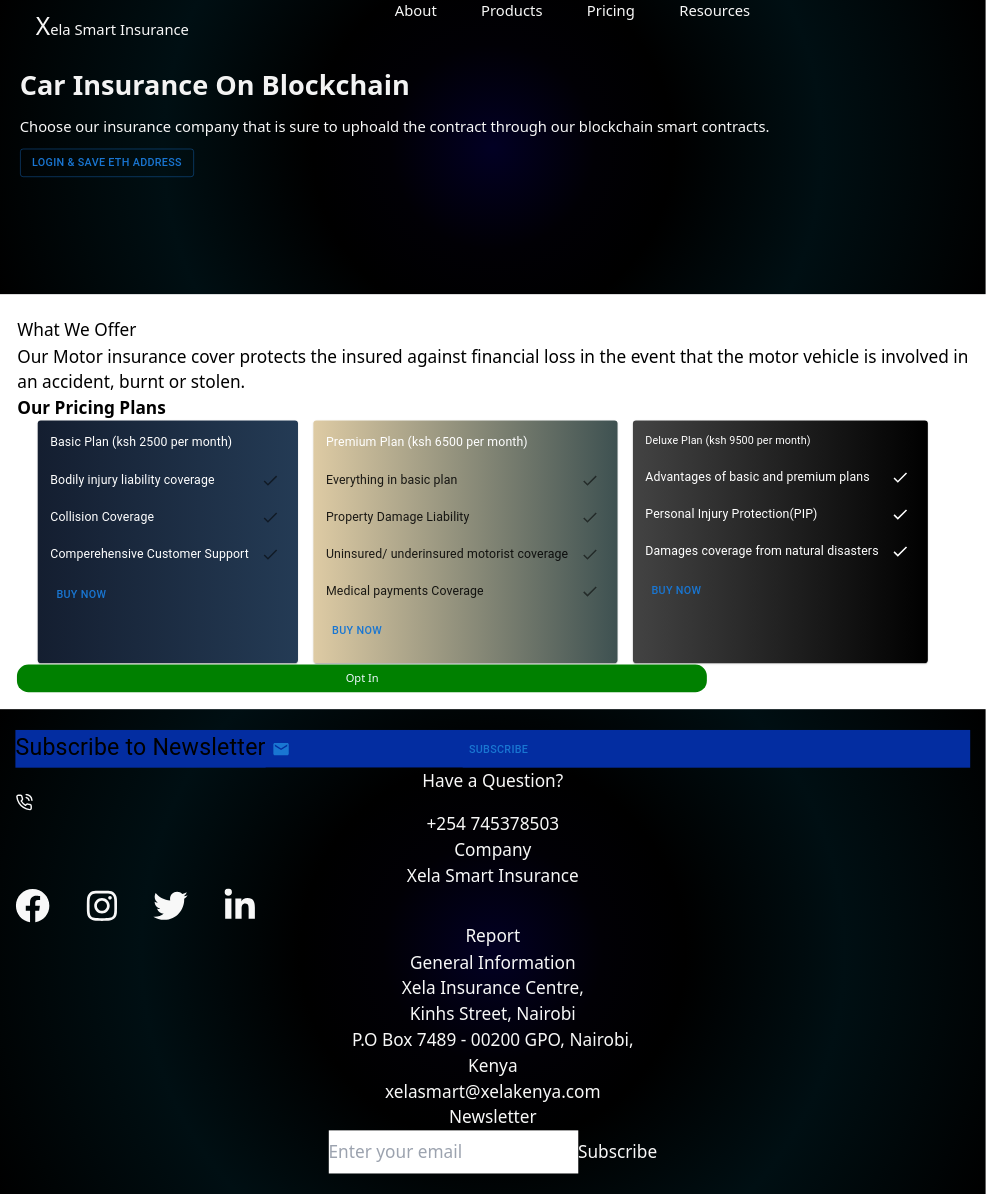
Repository: ALVIN-OBONYO/Xela-smart_insuarance
Page: / (app in frontend/)
These files come from the project's save history. The page is drawn as it stood at one moment and after the next save; the edit follows.
The browser window is 1280 px wide. The pictures show the whole page, at 77% of full size.
The project was rebuilt for these pictures with package versions that can differ from the ones it lists, and the page was loaded fresh each time. Also part of the build but not shown: frontend/src/Pages/Policies.jsx, frontend/src/Components/Calendar.css, frontend/src/Components/Calendar.jsx, frontend/src/Components/Input.js, frontend/src/Components/Upload.css, frontend/src/Components/Upload.js, frontend/src/Pages/ReportForm.jsx, frontend/src/Pages/Report.jsx and 2 more.

Above is the page before, as saved 2022-10-04 08:12:31.

### frontend/public/index.html
<!DOCTYPE html>
<html lang="en">
  <head>
    <meta charset="utf-8" />
    <link rel="icon" href="%PUBLIC_URL%/favicon.ico" />
    <meta name="viewport" content="width=device-width, initial-scale=1" />
    <meta name="theme-color" content="#000000" />
    <meta
      name="description"
      content="Web site created using create-react-app"
    />
    <link rel="apple-touch-icon" href="%PUBLIC_URL%/logo192.png" />
    <!--
      manifest.json provides metadata used when your web app is installed on a
      user's mobile device or desktop. See https://developers.google.com/web/fundamentals/web-app-manifest/
    -->
    <link rel="manifest" href="%PUBLIC_URL%/manifest.json" />
    <!--
      Notice the use of %PUBLIC_URL% in the tags above.
      It will be replaced with the URL of the `public` folder during the build.
      Only files inside the `public` folder can be referenced from the HTML.

      Unlike "/favicon.ico" or "favicon.ico", "%PUBLIC_URL%/favicon.ico" will
      work correctly both with client-side routing and a non-root public URL.
      Learn how to configure a non-root public URL by running `npm run build`.
    -->
    <title>React App</title>
  </head>
  <body>
    <noscript>You need to enable JavaScript to run this app.</noscript>
    <link
    href="https://unpkg.com/tailwindcss@^1.0/dist/tailwind.min.css"
    rel="stylesheet"
  />
  <script
    src="https://cdnjs.cloudflare.com/ajax/libs/web3/1.6.1/web3.min.js"
    integrity="sha512-5erpERW8MxcHDF7Xea9eBQPiRtxbse70pFcaHJuOhdEBQeAxGQjUwgJbuBDWve+xP/u5IoJbKjyJk50qCnMD7A=="
    crossorigin="anonymous"
    referrerpolicy="no-referrer"
  ></script>
    <div id="root"></div>
    <!--
      This HTML file is a template.
      If you open it directly in the browser, you will see an empty page.

      You can add webfonts, meta tags, or analytics to this file.
      The build step will place the bundled scripts into the <body> tag.

      To begin the development, run `npm start` or `yarn start`.
      To create a production bundle, use `npm run build` or `yarn build`.
    -->
  </body>
</html>

### frontend/src/index.js
import React from 'react';
import ReactDOM from 'react-dom/client';
import './index.css';
import App from './App';
import reportWebVitals from './reportWebVitals';
import { BrowserRouter } from 'react-router-dom';
const root = ReactDOM.createRoot(document.getElementById('root'));
root.render(
  <React.StrictMode>
     <BrowserRouter>
       <App />
    </BrowserRouter>
  </React.StrictMode>
);

// If you want to start measuring performance in your app, pass a function
// to log results (for example: reportWebVitals(console.log))
// or send to an analytics endpoint. Learn more: https://bit.ly/CRA-vitals
reportWebVitals();

### frontend/src/App.jsx
import './App.css';
import RoutePages from './Components/RoutePages';

function App() {
  return (
    <div className="App">
      <RoutePages/>
    </div>
  );
}

export default App;

### frontend/src/Components/RoutePages.jsx
import React from 'react'
import { Routes, Route} from 'react-router-dom'
import EntryPage from '../Pages/Entrypage'
import PolicyMaker from '../Pages/Policies'
import ReportForm from '../Pages/ReportForm'
import Report from '../Pages/Report'
import ReportInfo from '../Pages/ReportInfo'
import FormPagination from './FormPagination'
const RoutePages = () => {
    return (


   <Routes>

    <Route exact path="/" element={<EntryPage />} />
    <Route path="policy" element={<PolicyMaker />} />

    <Route path="report/2" element={<ReportForm/> } />
    <Route path="report/1" element={<ReportInfo />} />
    <Route path="report/*" element={<FormPagination />} />

   </Routes>


    )
}

export default RoutePages

### frontend/src/Pages/Entrypage.jsx
import React, {useState, useRef} from 'react'
import "../Components/Navbar.css"
import { FaTimes, FaBars, FaInstagram, FaTwitter, FaLinkedinIn, FaFacebook, } from 'react-icons/fa'
import {FiPhoneCall} from 'react-icons/fi'
import { Link} from 'react-router-dom'
import { loginWithEth } from '../Services/LoginWithEth'
import { truncateAddress } from '../Services/TruncateAddress'
import Web3 from 'web3'
import { getContractSymbol } from '../Services/Contract'
import TextField from '@mui/material/TextField'
import Button from "@mui/material/Button"
import FormGroup from "@mui/material/FormGroup"
import PlanCard from "../Components/Cards"
import EmailIcon from "@mui/icons-material/Email"
import { IconButton, InputAdornment } from '@mui/material'
import Typography from '@mui/material/Typography'
const Entrypage = () => {
        const [navButton, setNavButton] = useState(false)
        const [policy, setPolicy] = useState("")
        const switchNavState = () => setNavButton(!navButton)
        const buttonLogout = useRef(null)
        const yourAddress = useRef()
        window.userAddress = null



        window.onload = async () => {
            if (window.ethereum) {
                window.web3 = new Web3(window.ethereum)
            } else {
                alert("No ETH browser extension detected.")
            }
        }

        function showAddress() {
          if (!window.userAddress) {
            yourAddress.current.innerText = ""
            buttonLogout.current.classList.add("hidden")
             return false
        }

        yourAddress.innerText = `ETH Address: ${truncateAddress(window.userAddress)}`
        buttonLogout.classList.remove("hidden")
    }

         function logout() {
            window.userAddress = null
            window.localStorage.removeItem(buttonLogout)
            showAddress()
}

    return (
        <>
        <header>
        <nav id="my-nav">
        <h1 className='brand'><span className='X'>X</span>ela Smart Insurance</h1>
        <div className='toogleNav' onClick={switchNavState} >{navButton ?
        <div id="bars">

            <FaBars size="2.5em"/>
            </div> :
            <div className = "navflex">
            <div id="times">
                <FaTimes />
                </div>
            <h4>About</h4>
            <h4>Products</h4>
            <h4>Pricing</h4>
            <h4>Resources</h4>
            </div>

}
        </div>
        <div className='nav-section'>
            <h4>About</h4>
            <h4>Products</h4>
            <h4>Pricing</h4>
            <h4>Resources</h4>
        </div>
        </nav>
        <section className="top-descr" id='top'>
            <h1 id="top-h3">Car Insurance On Blockchain</h1>
            <p id="top-pg">Choose our insurance company that is sure to uphoald the contract through our blockchain smart contracts.</p>
            <div id="policy-sec">
                {/* <FormGroup row >
               <TextField
                variant="outlined"
                placeholder='Enter your policy number'
                sx={{
                    borderRadius: 0,
                    padding: 0
                }}
                />
                <Button variant="contained" sx={{
                    borderRadius: 0,
                    padding: "6px"
                }}>Verify</Button>
                    </FormGroup> */}

            <Button variant="outlined" onClick={loginWithEth}>Login & Save ETH Address
                </Button>
                <p id="userAddress" className="text-gray-600" ref={yourAddress}></p>
                <button id="logoutButton" onClick={logout} className="hidden text-blue-500 underline" ref={buttonLogout}>Logout</button>
                           </div>
        </section>
        </header>
        <div className='about-descr' id="descr">
            <h2>What We Offer</h2>
            <p>
            Our Motor insurance cover protects the insured against financial loss in the event that the motor vehicle is involved in an accident, burnt or stolen.</p>

            <p>


<b>Our Pricing Plans</b>
</p>
<PlanCard />
            <Link to="/policy"><button id="buy-policy" onClick={getContractSymbol}>Opt In</button></Link>
        </div>
        <div id="land-footer">
            <div className="news-mail">
                <Typography sx={{fontSize: 30}}>Subscribe to Newsletter</Typography>

                     <TextField
                       variant="standard"
                       id='input-with-icon-textfield'
                       InputProps={{
                        startAdornment: (
                            <InputAdornment position="start">
                                <IconButton edge="end" color='primary'>
                                    <EmailIcon />
                                </IconButton>

                            </InputAdornment>
                        )
                       }}

                       />
                        <Button>Subscribe</Button>

            </div>
            <div>
            <h2>Have a Question?</h2>
             <h3><FiPhoneCall /> <span>+254 745378503</span></h3>
             <h2>Company</h2>
             <h3>Xela Smart Insurance</h3>
             <div id="social-icons">
               <FaFacebook size="2em"/>
               <FaInstagram size="2em"/>
               <FaTwitter size="2em"/>
               <FaLinkedinIn size="2em"/>
             </div>
             <div>
                <Link to="/report/1">Report</Link>
                <h2>General Information</h2>
                <h4>Xela Insurance Centre,</h4>
                <h4>Kinhs Street, Nairobi</h4>
                <h4>P.O Box 7489 - 00200 GPO, Nairobi,</h4>
                <h4>Kenya</h4>
                <h4>xelasmart@xelakenya.com</h4>
                <h2>Newsletter</h2>
                <input type="text" placeholder="Enter your email" />
                <button>Subscribe</button>
             </div>
            </div>
        </div>
        </>
    )
}

export default Entrypage

### frontend/src/Components/Navbar.css
nav {
    width: 100vw;
    display: flex;
    justify-content: flex-start;
    align-items: flex-start;
}

.brand {
    flex-grow: 1;
    text-align: start;
    padding-left: 2.9rem;
    margin-top: 0.6rem;
    font-size: 1.2rem;
}

.X {
    font-size: 2rem;

}
.nav-section {
    display: flex;
    flex-grow: 1;
    gap: 3em;
    font-size: 1.2rem;
    padding-right: 2em;
    justify-content: flex-start;
    align-items: center;
}
.top-descr  {
    margin-top: 0;
    padding: 1em;
    text-align: justify;
    font-size: 1.6rem;
    height: 45vh;

}


#descr {
    margin-top: 0.5rem;
    padding: 1em;
    text-align: justify;
    font-size: 1.4rem;

}

#top > h1 {
    font-size: 2.2rem;
    font-weight: 700;
    color: rgba(255, 255, 255, 0.952);
    margin-bottom: 0.4em;

}
header {
    background: rgb(2,0,36);
background: radial-gradient(circle, rgba(2,0,36,1) 0%, rgba(1,0,5,1) 20%, rgba(0,0,0,1) 35%, rgba(0,15,19,1) 64%, rgba(0,0,0,1) 100%);
    color: rgb(248, 248, 248);
}


#top-pg {

    font-size: 1.2rem;
    margin-bottom: 0.9rem;
}
#policy-sec {
    display: flex;
    gap: 0.8em;

}
input[type=text] {
    flex-grow: 1;
    height: 2.5em;
}
#btn-policy {
    background-color: rgb(0, 39, 90);
    flex-grow: 1;
    color: wheat;
    border: none;
    margin-top: 0.8em;
    border-radius: 5px;
    padding: 0.6rem;
    font-size: 1.4rem;
    font-weight: 500;

}
#buy-policy {
    width: 70vw;
    height: 2.5em;
    border: none;
    background-color: #008000;
    color:aliceblue;
    font-size: 0.9rem;
    border-radius: 15px;
}
#social-icons {
    display: flex;
    gap: 2em;
}
#land-footer {
    background: rgb(2,0,36);
    background: radial-gradient(circle, rgba(2,0,36,1) 0%, rgba(1,0,5,1) 20%, rgba(0,0,0,1) 35%, rgba(0,15,19,1) 64%, rgba(0,0,0,1) 100%);
    color: rgb(248, 248, 248);
    position: relative;
    padding: 1.2em  0.9em;
    font-size: 1.4rem;
}

.news-mail {
    display: flex;
    background-color: rgb(3, 45, 161);
    color: rgb(0, 0, 0);
    flex-direction: row;
    flex-wrap: wrap;

}
.navflex {
    display: flex;
    flex-direction: column;
    justify-content: center;
    align-items: center;
    gap: 2em;
    background-color: rgba(19, 20, 27, 0.918);
    color: white;
    width: 100vw;
    height: 100vh;
    right: 0;
    top: 0;
    position: absolute;
    text-transform: uppercase;
    /* animation-name: ${navanim}; */
}
@media screen and (max-width: 600px){
   .nav-section {

      display: none;
   }


}

@media screen and (min-width: 600px){
    .toogleNav {
        display: none;
        padding: 1.3em;
    }
}

### frontend/src/Services/LoginWithEth.js
import { showAddress } from "./showAddress";
export async function loginWithEth() {
    if (window.web3) {
        try {
            const selectedAccount = await window.ethereum.request({
                method: "eth_requestAccounts"
            })
            .then((accounts) => accounts[0])
            .catch(() => {
                throw Error("No account selected!")
            })

          window.userAddress = selectedAccount;
          window.localStorage.setItem("userAddress", selectedAccount);
        //   showAddress()
        }
        catch (error) {
            console.error(error)
        }
    } else {
        alert("No ETH browser extension detected.");
    }
}

### frontend/src/Services/TruncateAddress.js
export function truncateAddress(address) {
    if (!address) {
        return "";
    }
    return `${address.substr(0, 5)}...${address.substr(
        address.length - 5,
        address.length
      )}`;
}

### frontend/src/Services/Contract.js
window.ABI = require('./contract-abi.json')
export async function getContractSymbol() {
    const CONTRACT_ADDRESS = "0x1A5b30a61CED9B4D9c209E7F1d2fbD38657f8EB1"

    const contract = new window.web3.eth.Contract(
        window.ABI,
        CONTRACT_ADDRESS
    )

    const symbol = await contract.methods.symbol().call({
        from: window.userAddress    })

    alert(`Contract ${CONTRACT_ADDRESS} Symbol: ${symbol}`);
}

### frontend/src/Components/Cards.jsx
import * as React from 'react'
import Box from '@mui/material/Box'
import Card from '@mui/material/Card'
import CardActions from '@mui/material/CardActions'
import CardContent from '@mui/material/CardContent'
import Button from '@mui/material/Button'
import Typography from '@mui/material/Typography'
import {MdDone} from 'react-icons/md'
import List from '@mui/material/List'
import ListItem from '@mui/material/ListItem'
import ListItemText from '@mui/material/ListItemText'
import  IconButton  from '@mui/material/IconButton'

const planValues = [
    {id: 1, text: "Bodily injury liability coverage"},
    {id: 2, text: "Collision Coverage"},
    {id: 3, text: "Comperehensive Customer Support"}

]

const premium = [
    {id: 1, text: "Everything in basic plan"},
    {id: 2, text: "Property Damage Liability"},
    {id: 3, text: "Uninsured/ underinsured motorist coverage"},
    {id: 3, text: "Medical payments Coverage"},
]

const deluxe = [
    {id: 1, text: "Advantages of basic and premium plans"},
    {id: 2, text: "Personal Injury Protection(PIP)"},
    {id: 3, text: "Damages coverage from natural disasters"},

]
const PlanCard = () => {
    return (
        <Box sx={{ display: "flex", mx: "1.2em", flexDirection: "row", flexWrap: "wrap", gap: "0.9em"}}>
        <Card sx={{background: 'linear-gradient(to right, #141e30, #243b55)', color: 'white'}}>
        <CardContent>
            <Typography sx={{ fontSize: 16}} color="text.primary             " gutterBottom>
                Basic Plan   (ksh 2500 per month)
            </Typography>
            <List sx={{ width: '100%'}}>
                {planValues.map((elem)=> (
                <ListItem key={elem.id} disableGutters secondaryAction={
                    <IconButton>
                        <MdDone />
                    </IconButton>
                }>
                <ListItemText primary={elem.text} />
                </ListItem>
                ))}
            </List>
            <Button>Buy Now</Button>
        </CardContent>
        </Card>
        <Card sx={{background: "linear-gradient(to right, #DECBA4, #3E5151)"}}>
        <CardContent>
            <Typography sx={{ fontSize: 16}} color="white" gutterBottom>
                Premium Plan   (ksh 6500 per month)
            </Typography>
            <List sx={{ width: '100%'}}>
                {premium.map((elem)=> (
                <ListItem key={elem.id} disableGutters secondaryAction={
                    <IconButton>
                        <MdDone />
                    </IconButton>
                }>
                <ListItemText primary={elem.text} />
                </ListItem>
                ))}
            </List>
            <Button>Buy Now</Button>
        </CardContent>
        </Card>
        <Card sx={{background: "linear-gradient(to right, #434343 0%, black 100%)", color: "white"}}>
        <CardContent>
            <Typography sx={{ fontSize: 14}} color="white" gutterBottom>
                Deluxe Plan   (ksh 9500 per month)
            </Typography>
            <List sx={{ width: '100%'}}>
                {deluxe.map((elem)=> (
                <ListItem key={elem.id} disableGutters secondaryAction={
                    <IconButton>
                        <MdDone color="white"/>
                    </IconButton>
                }>
                <ListItemText primary={elem.text} />
                </ListItem>
                ))}
            </List>
            <Button>Buy Now</Button>
        </CardContent>
        </Card>
        </Box>
    )
}

export default PlanCard

Loaded but not shown: frontend/src/index.css (common file); frontend/src/reportWebVitals.js (common file); frontend/src/App.css (common file); frontend/src/Services/contract-abi.json (501 lines, source omitted); frontend/src/Services/showAddress.js (no stored copy; drawn as an empty file)

After the next save:
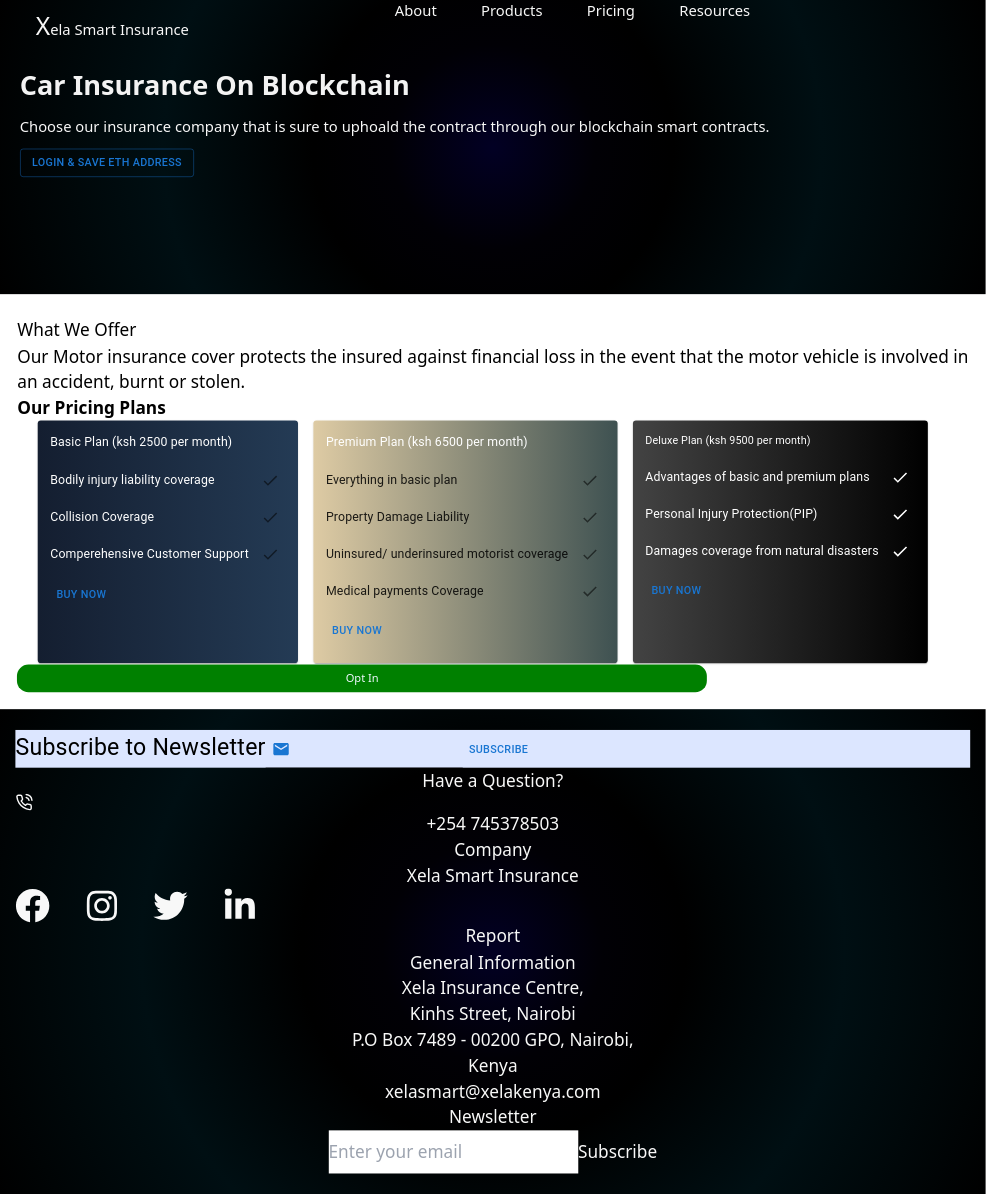
Saved 37 s later.
--- a/frontend/src/Components/Navbar.css
+++ b/frontend/src/Components/Navbar.css
@@ -108,7 +108,7 @@ input[type=text] {
 
 .news-mail {
     display: flex;
-    background-color: rgb(3, 45, 161);
+    background-color: rgb(220, 230, 255);
     color: rgb(0, 0, 0);
     flex-direction: row;
     flex-wrap: wrap;
